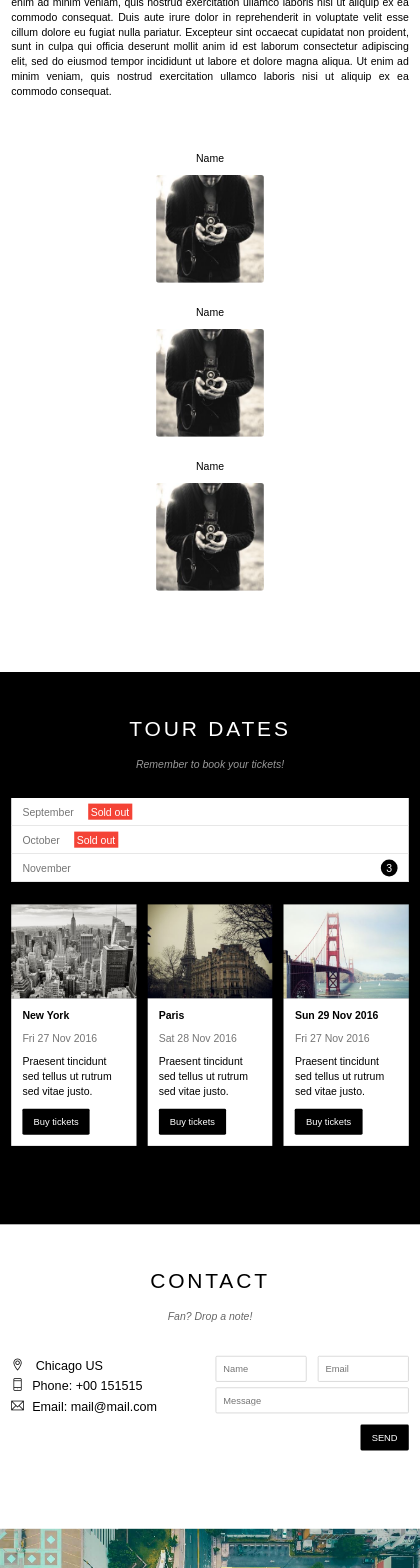
Repository: Phunobita/The-band-w3school
Page: index.html
These files come from the project's save history. The page is drawn as it stood at one moment and after the next save; the edit follows.
The browser window is 600 px wide. The pictures show the part of the page from y = 560 to 2800 px (the page is 3275 px tall before and 3835 px after), at 70% of full size.

Above is the page before, as saved 2021-12-03 22:54:38.

### index.html
<!DOCTYPE html>
<html lang="en">

<head>
    <meta charset="UTF-8">
    <meta http-equiv="X-UA-Compatible" content="IE=edge">
    <meta name="viewport" content="width=device-width, initial-scale=1.0">
    <title>The band</title>
    <link rel="stylesheet" href="./assets/fonts/themify-icons-font/themify-icons/themify-icons.css">
    <link rel="stylesheet" href="./assets/css/style.css">
    <link rel="stylesheet" href="./assets/css/responsive.css">
    <link rel="icon" href="/assets/img/hinh-anh-mua-thu-dep-nhat.jpg" type="image/x-icon" />
</head>

<body>
    <div id="main">
        <div id="header">
            <!--Begin nav-->
            <ul id="nav">
                <li><a href="#">Home</a></li>
                <li><a href="#band">Band</a></li>
                <li><a href="#tour">Tour</a></li>
                <li><a href="#contact">Contact</a></li>
                <li>
                    <a href="#">
                        More
                        <i class="nav-arrow-down ti-angle-down"></i>
                    </a>
                    <ul class="subnav">
                        <li><a href="#">Merchandise</a></li>
                        <li><a href="#">Extras</a></li>
                        <li><a href="#">Media</a></li>
                    </ul>
                </li>
            </ul>
            <!--End nav-->
            <div class="search-btn">
                <i class="search-icon ti-search"></i>
            </div>

            <div id="mobile-menu" class="mobile-menu-btn">
                <i class="menu-icon ti-menu-alt"></i>
            </div>
        </div>

        <div id="slider">
            <div class="text-content">
                <h2 class="heading">New York</h2>
                <div class="content">The atmosphere in New York is lorem ipsum</div>
            </div>
        </div>
        <!--About section-->
        <div id="content">
            <div id="band" class="content-section">
                <h2 class="section-heading">THE BAND</h2>
                <p class="section-sub-heading">We love music</p>
                <p class="about-text">We have created a fictional band website. Lorem ipsum dolor sit amet, consectetur
                    adipiscing elit, sed do eiusmod tempor incididunt ut labore et dolore magna aliqua. Ut enim ad minim
                    veniam, quis nostrud exercitation ullamco laboris nisi ut aliquip ex ea commodo consequat. Duis aute
                    irure dolor in reprehenderit in voluptate velit esse cillum dolore eu fugiat nulla pariatur.
                    Excepteur sint occaecat cupidatat non proident, sunt in culpa qui officia deserunt mollit anim id
                    est laborum consectetur adipiscing elit, sed do eiusmod tempor incididunt ut labore et dolore magna
                    aliqua. Ut enim ad minim veniam, quis nostrud exercitation ullamco laboris nisi ut aliquip ex ea
                    commodo consequat.</p>
                <div class=" row member-list">
                    <div class="member-item col col-third text-center">
                        <p class="member-name">Name</p>
                        <img src="./assets/img/tv.jpg" alt="Name" class="member-img">
                    </div>
                    <div class="member-item col col-third text-center">
                        <p class="member-name">Name</p>
                        <img src="./assets/img/tv.jpg" alt="Name" class="member-img">
                    </div>
                    <div class="member-item col col-third text-center">
                        <p class="member-name">Name</p>
                        <img src="./assets/img/tv.jpg" alt="Name" class="member-img">
                    </div>
                </div>
            </div>

            <!--Tour section-->
            <div id="tour" class="tour__section">
                <div class="content-section">
                    <h2 class="section-heading text-white">TOUR DATES</h2>
                    <p class="section-sub-heading text-white">Remember to book your tickets!</p>

                    <ul class="ticket__list">
                        <li class="ticket__list-item">
                            September
                            <span class="sold-out">Sold out</span>
                        </li>
                        <li class="ticket__list-item">
                            October
                            <span class="sold-out">Sold out</span>
                        </li>
                        <li class="ticket__list-item">
                            November
                            <span class="quantity">3</span>
                        </li>
                    </ul>
                    <div class="row place__list">
                        <div class="col col-third ">
                            <img src="./assets/img/newyork.jpg" alt="New York" class="place__img">
                            <div class="place-body">
                                <h3 class="place-heading">New York</h3>
                                <p class="place-time">Fri 27 Nov 2016</p>
                                <p class="place-description">Praesent tincidunt sed tellus ut rutrum sed vitae justo.
                                </p>
                                <button href="#" class="btn js-buy-ticket">Buy tickets</button>
                            </div>
                        </div>
                        <div class="col col-third ">
                            <img src="./assets/img/paris.jpg" alt="New York" class="place__img">
                            <div class="place-body">
                                <h3 class="place-heading">Paris</h3>
                                <p class="place-time">Sat 28 Nov 2016</p>
                                <p class="place-description">Praesent tincidunt sed tellus ut rutrum sed vitae justo.
                                </p>
                                <button href="#" class="btn js-buy-ticket">Buy tickets</button>
                            </div>
                        </div>
                        <div class="col col-third ">
                            <img src="./assets/img/sanfran.jpg" alt="New York" class="place__img">
                            <div class="place-body">
                                <h3 class="place-heading">Sun 29 Nov 2016</h3>
                                <p class="place-time">Fri 27 Nov 2016</p>
                                <p class="place-description">Praesent tincidunt sed tellus ut rutrum sed vitae justo.
                                </p>
                                <button href="#" class="btn js-buy-ticket">Buy tickets</button>
                            </div>
                        </div>
                    </div>
                </div>
            </div>
            <!--Contact section-->
            <div id="contact" class="content-section">
                <h2 class="section-heading">CONTACT</h2>
                <p class="section-sub-heading">Fan? Drop a note!</p>

                <div class="row contact-content">
                    <div class="col col-half contact-info">
                        <p><i class="contact-icon ti-location-pin"></i> Chicago US</p>
                        <p><i class="contact-icon ti-mobile"></i>Phone: +00 151515</p>
                        <p><i class="contact-icon ti-email"></i>Email: mail@mail.com</p>
                    </div>
                    <div class="col col-half contact-form">
                        <form action="">
                            <div class="row">
                                <div class="col col-half">
                                    <input type="text" name="" required id="" class="form-control" placeholder="Name">
                                </div>
                                <div class="col col-half">
                                    <input type="email" name="" required id="" class="form-control" placeholder="Email">
                                </div>
                            </div>
                            <div class="row mt-8">
                                <div class="col col-full">
                                    <input type="" name="" required id="" class="form-control" placeholder="Message">
                                </div>
                            </div>
                            <input class="btn pull-right mt-16" type="submit" value="SEND">
                        </form>
                    </div>
                </div>
            </div>

            <div class="map-section">
                <img src="/assets/img/map (1).jpg" alt="">

            </div>

            <div id="footer">
                <div class="social-list">
                    <a href=""><i class="ti-facebook"></i></a>
                    <a href=""><i class="ti-instagram"></i></a>
                    <a href=""><i class="ti-youtube"></i></a>
                    <a href=""><i class="ti-pinterest"></i></a>
                    <a href=""><i class="ti-twitter"></i></a>
                    <a href=""><i class="ti-linkedin"></i></a>
                </div>
                <p class="copyright">Powered by <a href="">w3.css</a></p>
            </div>
        </div>

        <div class="modal js-modal">
            <div class="modal-container js-modal-container">
                <div class="modal-close js-modal-close">
                    <i class="ti-close"></i>
                </div>

                <header class="modal-header">
                    <i class="modal-heading-icon ti-bag"></i>
                    Tickets
                </header>

                <div class="modal-body">
                    <label for="ticket-quantity" class="modal-label">
                        <i class="ti-shopping-cart"></i>
                        Tickets, $15 per person
                    </label>
                    <input id="ticket-quantity" type="text" class="modal-input" placeholder="How many?">

                    <label for="ticket-email" class="modal-label">
                        <i class="ti-user"></i>
                        Send To
                    </label>
                    <input id="ticket-email" type="email" class="modal-input" placeholder="Enter email">
                    <button id="buy-ticket">
                        Pay <i class="ti-check"></i>
                    </button>
                </div>
                <footer class="modal-footer">
                    <p class="modal-help">Need <a href="">help?</a></p>
                </footer>
            </div>
        </div>
    </div>

    <script>
        const buyBtns = document.querySelectorAll('.js-buy-ticket')
        const modal = document.querySelector('.js-modal')
        const modalContainer = document.querySelector('.js-modal-container')
        const modalClose = document.querySelector('.js-modal-close')

        function showBuyTickets() {
            modal.classList.add('open')
        }

        function hideBuyTickets() {
            modal.classList.remove('open')
        }

        for (const buyBtn of buyBtns) {
            buyBtn.addEventListener('click', showBuyTickets)
        }

        modalClose.addEventListener('click', hideBuyTickets)
        modal.addEventListener('click', hideBuyTickets)
        modalContainer.addEventListener('click', function (event) {
            event.stopPropagation()
        }
        )
    </script>

    <script>
        var header = document.getElementById('header');
        var mobileMenu = document.getElementById('mobile-menu');
        var headerHeight = header.clientHeight;

        mobileMenu.onclick = function () {
            var isClose = header.clientHeight === headerHeight;
            if (isClose) {
                header.style.height = 'auto';
            }
            else {
                header.style.height = null;
            }
        }

        //
        var menuItems = document.querySelectorAll('#nav li a[href*="#"]');
        for (var i = 0; i < menuItems.length; i++) {
            var menuItem = menuItems[i];
            var isParentMenu = menuItem.nextElementSibling && menuItem.nextElementSibling.classList.contains('subnav')

            menuItem.onclick = function (event) {
                var isParentMenu = this.nextElementSibling && this.nextElementSibling.classList.contains('subnav')
                if (!isParentMenu) {
                    header.style.height = null;
                }
                else {
                    event.preventDefault();
                }
            }
        }
    </script>
</body>

</html>

### assets/css/style.css
* {
  padding: 0;
  margin: 0;
  box-sizing: border-box;
}
html {
  scroll-behavior: smooth;
  font-family: Arial, Helvetica, sans-serif;
}
/*
1.vi tri
2. kich thuoc
3.Mau sac
4. Hinh dang
*/
.clear {
  clear: both;
}

.text-white {
  color: #fff !important;
}

.text-center {
  text-align: center !important;
}

.pull-right {
  float: right;
}
.row {
  margin-left: -8px;
  margin-right: -8px;
}
.row::after {
  content: "";
  display: block;
  clear: both;
}

.col {
  float: left;
  padding-left: 8px;
  padding-right: 8px;
}

.col-full {
  width: 100%;
}

.col-half {
  width: 50%;
}
.col-third {
  width: 33.3333%;
}

.mt-8 {
  margin-top: 8px !important;
}

.mt-16 {
  margin-top: 16px !important;
}

.btn {
  display: inline-block;
  background-color: black;
  border: none;
  color: #fff;
  text-decoration: none;
  padding: 11px 16px;
  margin-top: 15px;
  border-radius: 2px;
  cursor: pointer;
}
.btn:hover {
  color: #000;
  background-color: #ccc;
}
#main {
}
#header {
  height: 46px;
  background-color: black;
  position: fixed;
  top: 0;
  left: 0;
  right: 0;
  z-index: 1;
}
#nav {
  display: inline-block;
}
#nav,
.subnav {
  list-style-type: none;
}
#nav > li > a {
  color: #fff;
  text-transform: uppercase;
}
#nav li a {
  text-decoration: none;
  line-height: 46px;
  padding: 0 24px;
  display: block;
}
#nav > li:hover > a,
#nav .subnav li:hover a {
  color: black;
  background-color: #ccc;
}
#nav li:hover .subnav {
  display: block;
}
#nav > li {
  display: inline-block;
  position: relative;
}
#nav .nav-arrow-down {
  font-size: 14px;
}
#nav .subnav {
  display: none;
  min-width: 160px;
  position: absolute;
  top: 100%;
  background-color: white;
  box-shadow: 0 0 10px rgba(0, 0, 0, 0.3);
}
#nav .subnav a {
  color: black;
  padding: 0 12px;
  line-height: 38px;
}

#header .mobile-menu-btn {
  position: absolute;
  top: 0;
  right: 0;
  display: none;
}

#header .mobile-menu-btn,
#header .search-btn {
  float: right;
  padding: 0 21px;
}
#header .search-btn:hover {
  background-color: #f44336;
  cursor: pointer;
}
#header .mobile-menu-btn:hover {
  background-color: #ccc;
}
#header .mobile-menu-btn:hover .menu-icon {
  color: #000;
}
.menu-icon,
#header .search-icon {
  color: #fff;
  font-size: 20px;
  line-height: 46px;
}
#header .search-btn:hover {
  background-color: #f44336;
}
#slider {
  margin-top: 46px;
  padding-top: 50%;
  position: relative;
  background: url("/assets/img/slider1.jpg") top center / cover no-repeat;
}

#slider .text-content {
  position: absolute;
  bottom: 47px;
  color: white;
  width: 100%;
  text-align: center;
}
#silder .heading {
  font-weight: 500px;
  font-size: 24px;
}
#slider .content {
  font-size: 15px;
  margin-top: 25px;
}
#content {
}
#content .content-section {
  padding: 64px 0 112px;
  width: 800px;
  max-width: 100%;
  margin-left: auto;
  margin-right: auto;
  padding-left: 16px;
  padding-right: 16px;
}
#content .section-heading {
  font-size: 30px;
  font-weight: 500;
  text-align: center;
  letter-spacing: 4px;
}
#content .section-sub-heading {
  font-size: 15px;
  text-align: center;
  margin-top: 25px;
  font-style: italic;
  opacity: 0.6;
}
#content .about-text {
  margin-top: 25px;
  text-align: justify;
  line-height: 1.4;
  font-size: 15px;
}

#content .member-list {
  margin-top: 48px;
}
#content .member-name {
  font-size: 15px;
  margin-bottom: 15px;
}
#content .member-img {
  width: 154px;
  border-radius: 4px;
}

/* Tour section */
.tour__section {
  background-color: #000;
}

.ticket__list {
  background-color: #fff;
  margin-top: 40px;
  list-style: none;
}
.ticket__list-item {
  color: #757575;
  font-size: 15px;
  padding: 11px 16px;
  border-bottom: 1px solid #ddd;
}
.ticket__list .sold-out {
  color: #fff;
  background-color: #f44336;
  padding: 3px 4px;
  margin-left: 16px;
}
.ticket__list .quantity {
  float: right;
  width: 24px;
  height: 24px;
  background-color: #000;
  color: #fff;
  border-radius: 50%;
  text-align: center;
  line-height: 24px;
  margin-top: -3px;
}

/*  Place body*/
.place__list {
  margin-top: 32px;
}

.place__img {
  width: 100%;
  display: block;
}
.place__img:hover {
  opacity: 0.7;
}
.place-body {
  background-color: #fff;
  padding: 16px;
  font-size: 15px;
}
.place-heading {
  font-size: 15px;
  font-weight: 600;
}
.place-time {
  margin-top: 15px;
  color: #757575;
}
.place-description {
  margin-top: 15px;
  line-height: 1.4;
}

/* Modal */
.modal {
  position: fixed;
  top: 0;
  left: 0;
  bottom: 0;
  right: 0;
  background-color: rgba(0, 0, 0, 0.4);
  align-items: center;
  justify-content: center;
  display: none;
}
.modal.open {
  display: flex;
}
.modal-container {
  background-color: #fff;
  width: 900px;
  max-width: calc(100% - 32px);
  min-height: 200px;
  position: relative;
  animation: modalFadeIn ease 0.5s;
}
.modal-header {
  background-color: #009688;
  height: 130px;
  display: flex;
  align-items: center;
  justify-content: center;
  font-size: 30px;
  color: #fff;
}
.modal-heading-icon {
  margin-right: 16px;
}
.modal-close {
  position: absolute;
  right: 0;
  top: 0;
  padding: 16px;
  cursor: pointer;
  color: #fff;
}
.modal-close:hover {
  background-color: #ccc;
}
.modal-body {
  padding: 16px;
}

.modal-label {
  display: block;
  font-size: 15px;
  margin-bottom: 12px;
}

.modal-input {
  border: 1px solid #ccc;
  font-size: 15px;
  width: 100%;
  padding: 10px;
  margin-bottom: 24px;
}
#buy-ticket {
  background-color: #009688;
  border: none;
  width: 100%;
  padding: 18px;
  font-size: 15px;
  color: #fff;
  text-transform: uppercase;
  font-weight: 700;
  cursor: pointer;
}
#buy-ticket:hover {
  opacity: 0.8;
}

.modal-footer {
  padding: 16px;
  text-align: right;
}
.modal-help a {
  color: #2196f3;
}

/* Contact form */
.contact-content {
  margin-top: 48px;
}

.contact-info {
  font-size: 18px;
  line-height: 1.6;
}

.contact-icon {
  display: inline-block;
  width: 30px;
}

.contact-form {
  font-size: 15px;
}

.contact-form .form-control {
  padding: 10px;
  border: 1px solid #ccc;
  width: 100%;
  outline: border 1px solid;
}
.contact-form input {
  border-radius: 2px;
}
/* map section */
.map-section img {
  width: 100%;
}

#footer {
  padding: 64px 16px;
  text-align: center;
}

#footer .social-list {
  font-size: 24px;
}
#footer .social-list a {
  color: rgba(0, 0, 0, 0.6);
  text-decoration: none;
}
#footer .copyright a:hover,
#footer .social-list a :hover {
  color: rgba(0, 0, 0, 0.4);
}

#footer .copyright {
  margin-top: 15px;
  color: rgba(0, 0, 0, 0.6);
}
#footer .copyright a {
  color: rgba(0, 0, 0, 0.6);
}
@keyframes modalFadeIn {
  from {
    opacity: 0;
    transform: translateY(-150px);
  }
  to {
    opacity: 1;
    transform: translateY(0);
  }
}

### assets/css/responsive.css
@media (max-width: 1024px) {
}

@media (min-width: 740px) and (max-width: 1023px) {
}

@media (max-width: 740px) {
  #header {
    overflow: hidden;
  }
  #header .mobile-menu-btn {
    display: block;
  }
  #header .search-btn {
    display: none;
  }

  #nav > li {
    display: block;
  }
  #nav li a {
    padding: 2px 24px;
  }
  #nav {
    display: block;
  }
  #nav > li:first-child {
    display: inline-block;
  }

  #nav .subnav {
    position: initial;
    background-color: #333;
  }
  #nav .subnav a {
    color: #fff;
    padding: 5px 41px;
  }

  #content .member-item {
    margin-top: 30px;
    width: 100%;
  }
}

Loaded but not shown: assets/fonts/themify-icons-font/themify-icons/themify-icons.css (common file)

After the next save:
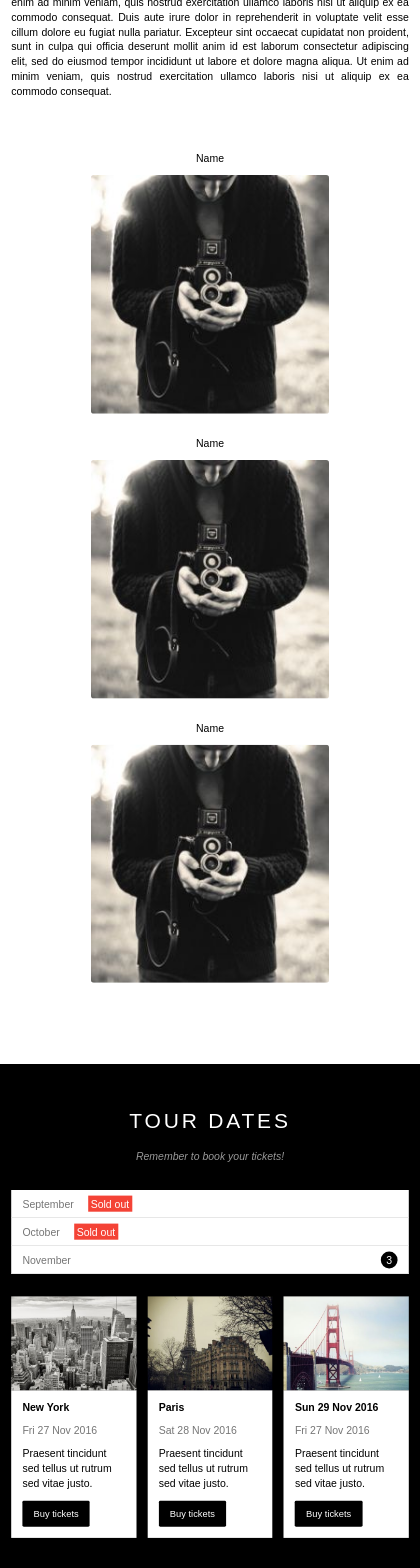
Saved 5 min 14 s later.
--- a/assets/css/responsive.css
+++ b/assets/css/responsive.css
@@ -41,4 +41,7 @@
     margin-top: 30px;
     width: 100%;
   }
+
+#content .member-img{
+    width: 60%;
 }
